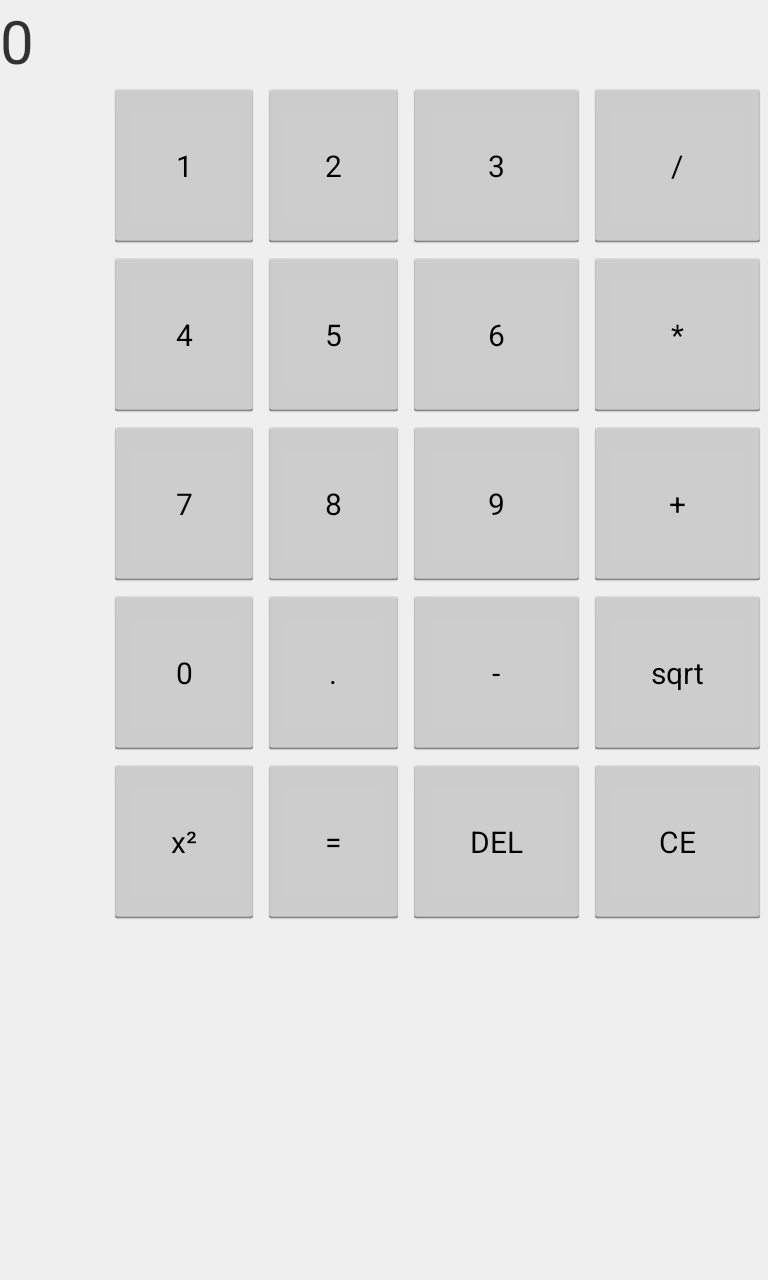
Repository: mariofer82/Calculadora
Layout: Aplicacion1/res/layout/activity_main.xml
The author's editor kept a copy of each file at every save. The layout is drawn from the files as they stood at one save, then again after the next save.
It is drawn on a 768 x 1280 px phone screen (xhdpi) without system bars, with theme AppTheme; the app's code is not run.

Above is the layout before, as saved 2013-08-23 17:09:34.

### Aplicacion1/res/layout/activity_main.xml
<LinearLayout xmlns:android="http://schemas.android.com/apk/res/android"
android:orientation="vertical"
android:layout_width="fill_parent"
android:layout_height="fill_parent"
android:background="#1111"
>

<TextView
android:id="@+id/Resultado"
android:textSize="30sp"
android:layout_width="fill_parent"
android:layout_height="wrap_content"
android:text="0"
/>

<TableLayout xmlns:android="http://schemas.android.com/apk/res/android"
android:layout_width="fill_parent"
android:layout_height="fill_parent"
android:stretchColumns="1"
>
<TableRow>
<Button
android:layout_column="4"
android:id="@+id/Boton1"
android:layout_width="wrap_content"
android:layout_height="wrap_content"
android:text="1"
android:textSize="15dp"
android:padding="32dp"
>
</Button>
<Button
android:layout_column="4"
android:id="@+id/Boton2"
android:layout_width="wrap_content"
android:layout_height="wrap_content"
android:text="2"
android:textSize="15dp"
android:padding="32dp"
>


</Button>
<Button
android:layout_column="4"
android:id="@+id/Boton3"
android:layout_width="wrap_content"
android:layout_height="wrap_content"
android:text="3"
android:textSize="15dp"
android:padding="32dp"

>

</Button>
<Button
android:layout_column="4"
android:id="@+id/Botondiv"
android:layout_width="wrap_content"
android:layout_height="wrap_content"
android:text="/"
android:textSize="15dp"
android:padding="32dp"
>

</Button>
</TableRow>
<TableRow>
<Button
android:layout_column="4"
android:id="@+id/Boton4"
android:layout_width="wrap_content"
android:layout_height="wrap_content"
android:text="4"
android:textSize="15dp"
android:padding="32dp"

>

</Button>
<Button
android:layout_column="4"
android:id="@+id/Boton5"
android:layout_width="wrap_content"
android:layout_height="wrap_content"
android:text="5"
android:textSize="15dp"
android:padding="32dp"

>

</Button>
<Button
android:layout_column="4"
android:id="@+id/Boton6"
android:layout_width="wrap_content"
android:layout_height="wrap_content"
android:text="6"
android:textSize="15dp"
android:padding="32dp"

>

</Button>
<Button
android:layout_column="4"
android:id="@+id/Botonmulti"
android:layout_width="wrap_content"
android:layout_height="wrap_content"
android:text="*"
android:textSize="15dp"
android:padding="32dp"

>

</Button>
</TableRow>
<TableRow>
<Button
android:layout_column="4"
android:id="@+id/Boton7"
android:layout_width="wrap_content"
android:layout_height="wrap_content"
android:text="7"

android:textSize="15dp"
android:padding="32dp"
>

</Button>

<Button
android:layout_column="4"
android:id="@+id/Boton8"
android:layout_width="wrap_content"
android:layout_height="wrap_content"
android:text="8"
android:textSize="15dp"
android:padding="32dp"

>

</Button>
<Button
android:layout_column="4"
android:id="@+id/Boton9"
android:layout_width="wrap_content"
android:layout_height="wrap_content"
android:text="9"
android:textSize="15dp"
android:padding="32dp"

>

</Button>
<Button
android:layout_column="4"
android:id="@+id/Botonsuma"
android:layout_width="wrap_content"
android:layout_height="wrap_content"
android:text="+"
android:textSize="15dp"
android:padding="32dp"
>

</Button>
</TableRow>
<TableRow>
<Button
android:layout_column="4"
android:id="@+id/Boton0"
android:layout_width="wrap_content"
android:layout_height="wrap_content"
android:text="0"
android:textSize="15dp"
android:padding="32dp"
>

</Button>
<Button
android:layout_column="4"
android:id="@+id/Botonpunto"
android:layout_width="wrap_content"
android:layout_height="wrap_content"
android:text="."
android:textSize="15dp"
android:padding="32dp"
>

</Button>
<Button
android:layout_column="4"
android:id="@+id/Botonresta"
android:layout_width="wrap_content"
android:layout_height="wrap_content"
android:text="-"
android:textSize="15dp"
android:padding="32dp"
>

</Button>
<Button
android:layout_column="4"
android:id="@+id/Botonsqrt"
android:layout_width="wrap_content"
android:layout_height="wrap_content"
android:text="sqrt"
android:textSize="15dp"
android:padding="32dp"
>

</Button>
</TableRow>







<TableRow>


<Button
android:layout_column="4"
android:id="@+id/Botonexp"
android:layout_width="wrap_content"
android:layout_height="wrap_content"
android:text="x²"
android:textSize="15dp"
android:padding="32dp"
>

</Button>
<Button
android:layout_column="4"
android:id="@+id/Botonigual"
android:layout_width="wrap_content"
android:layout_height="wrap_content"
android:text="="
android:textSize="15dp"
android:padding="32dp"
>

</Button>

<Button
android:layout_column="4"
android:id="@+id/DEL"
android:layout_width="wrap_content"
android:layout_height="wrap_content"
android:text="DEL"

android:textSize="15dp"
android:padding="32dp"
>

</Button>
<Button
android:layout_column="4"
android:id="@+id/CE"
android:layout_width="wrap_content"
android:layout_height="wrap_content"
android:text="CE"


android:textSize="15dp"
android:padding="32dp"
>

</Button>
</TableRow>
</TableLayout>
</LinearLayout>

Loaded but not shown: Aplicacion1/res/values/styles.xml (common file); Aplicacion1/res/values-v11/styles.xml (common file); Aplicacion1/res/values-v14/styles.xml (common file)

After the next save:
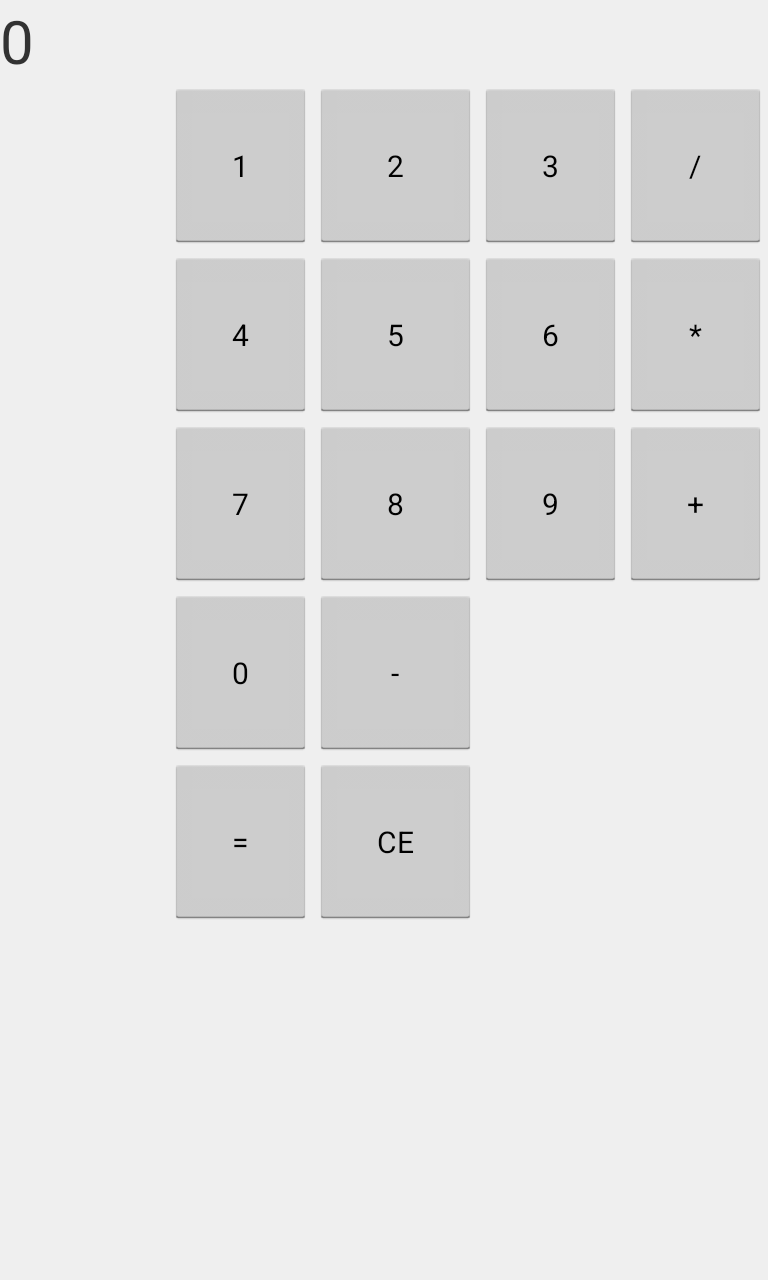
Saved 106 s later.
--- a/Aplicacion1/res/layout/activity_main.xml
+++ b/Aplicacion1/res/layout/activity_main.xml
@@ -177,17 +177,7 @@ android:padding="32dp"
 >
 
 </Button>
-<Button
-android:layout_column="4"
-android:id="@+id/Botonpunto"
-android:layout_width="wrap_content"
-android:layout_height="wrap_content"
-android:text="."
-android:textSize="15dp"
-android:padding="32dp"
->
-
-</Button>
+
 <Button
 android:layout_column="4"
 android:id="@+id/Botonresta"
@@ -199,39 +189,13 @@ android:padding="32dp"
 >
 
 </Button>
-<Button
-android:layout_column="4"
-android:id="@+id/Botonsqrt"
-android:layout_width="wrap_content"
-android:layout_height="wrap_content"
-android:text="sqrt"
-android:textSize="15dp"
-android:padding="32dp"
->
-
-</Button>
-</TableRow>
-
-
-
-
-
-
-
-<TableRow>
-
-
-<Button
-android:layout_column="4"
-android:id="@+id/Botonexp"
-android:layout_width="wrap_content"
-android:layout_height="wrap_content"
-android:text="x²"
-android:textSize="15dp"
-android:padding="32dp"
->
-
-</Button>
+
+</TableRow>
+
+
+<TableRow>
+
+
 <Button
 android:layout_column="4"
 android:id="@+id/Botonigual"
@@ -244,18 +208,7 @@ android:padding="32dp"
 
 </Button>
 
-<Button
-android:layout_column="4"
-android:id="@+id/DEL"
-android:layout_width="wrap_content"
-android:layout_height="wrap_content"
-android:text="DEL"
-
-android:textSize="15dp"
-android:padding="32dp"
->
-
-</Button>
+
 <Button
 android:layout_column="4"
 android:id="@+id/CE"
